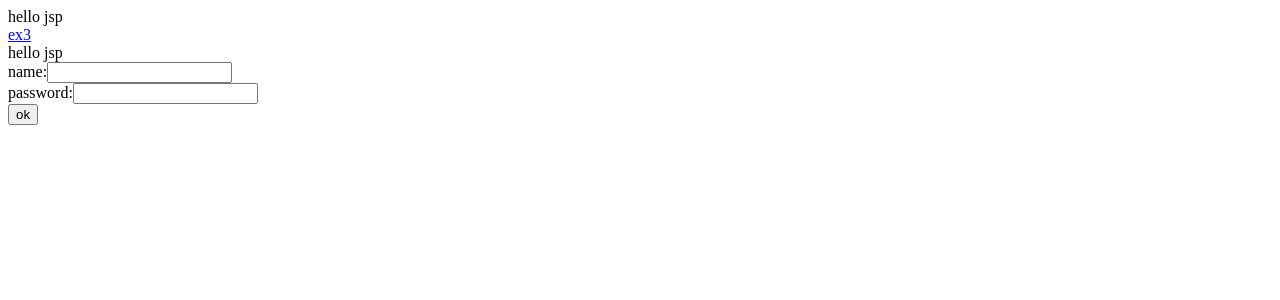
Repository: jtlai0921/javaweb1108
Page: http://localhost/javawebex/jspEx/ex2.jsp
The author's editor kept a copy of each file at every save. The page is drawn from the files as they stood at one save, then again after the next save.
The browser window is 1280 px wide. The pictures show the whole page.
The page is served by Tomcat 9.

Above is the page before, as saved 2020-11-22 03:32:36.

After the next save:
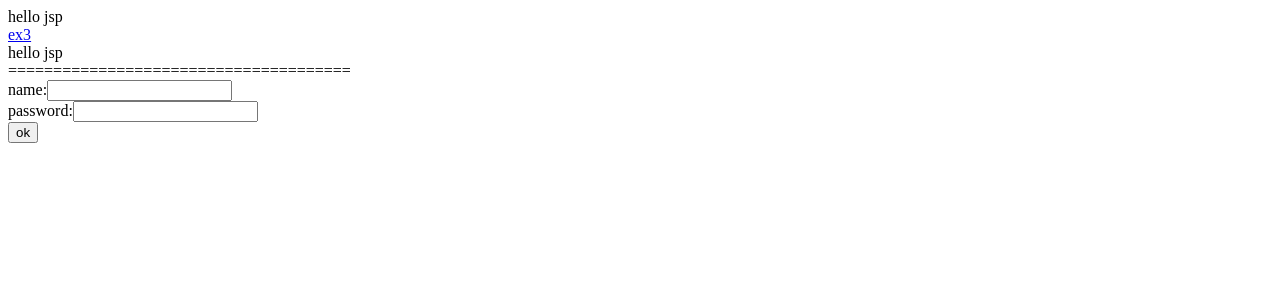
Saved 33 s later.
--- a/javawebex/WebContent/jspEx/ex2.jsp
+++ b/javawebex/WebContent/jspEx/ex2.jsp
@@ -26,9 +26,10 @@ out.print("hello jsp");
 */
 //
 out.print("hello jsp");
+%>
 
-%>
 <br>
+======================================
 <form action="ex3.jsp" method="post">
 name:<input type="text" name="name"><br>
 password:<input type="password" name="password"><br>
